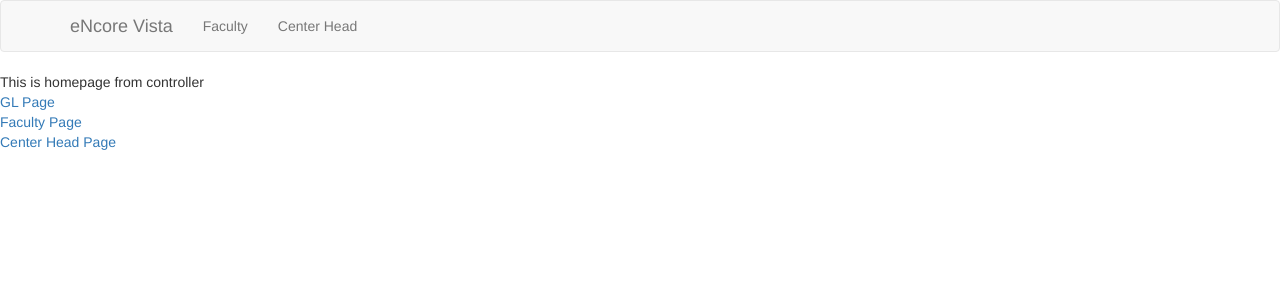
Repository: RajeswarM-NIIT/RajeswarAceMarch2020
Page: http://localhost/attendance/WEB-INF/views/homepage.jsp
An editor plug-in stored every save of this project. The page is shown before and after the next save, followed by the edit.
The browser window is 1280 px wide. The pictures show the whole page.
The page is served by Tomcat 9. Nobody is signed in. The template is opened directly, without the code that normally fills it, so the values that code supplies are empty.

Above is the page before, as saved 2020-03-13 20:14:09.

After the next save:
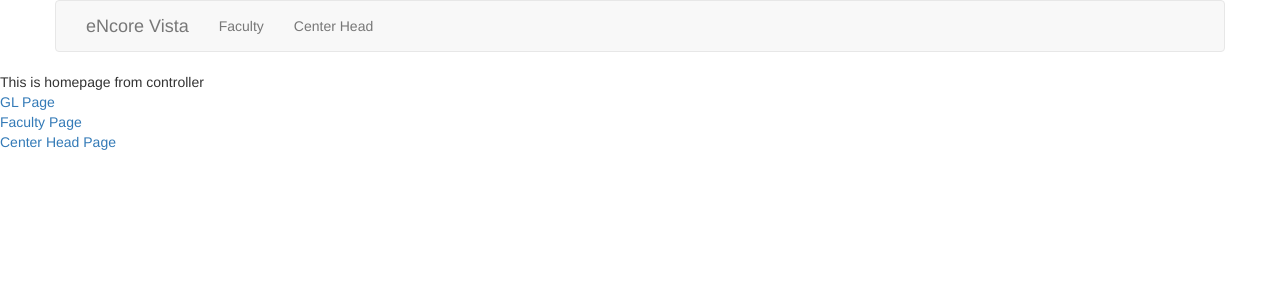
Saved 19 s later.
--- a/attendance/src/main/webapp/WEB-INF/views/navbar.jsp
+++ b/attendance/src/main/webapp/WEB-INF/views/navbar.jsp
@@ -1,4 +1,4 @@
-<nav class="navbar navbar-default">
+<nav class="navbar navbar-default container">
   <div class="container">
     <div class="navbar-header">
      	<a class="navbar-brand" href="#">eNcore Vista</a>
